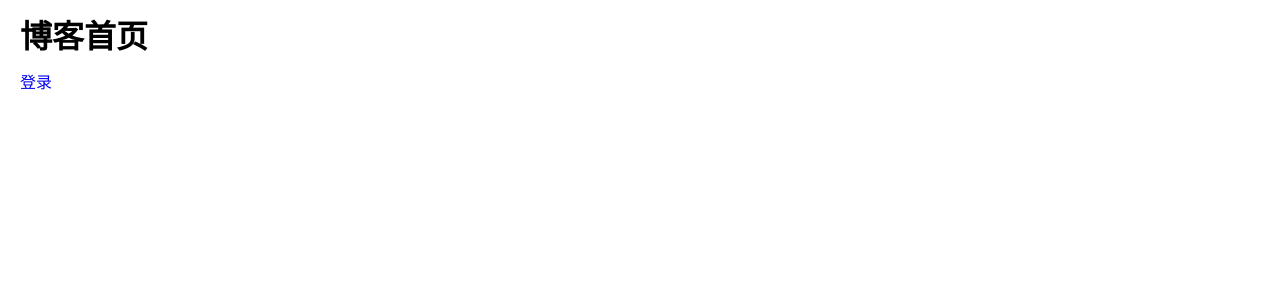
Repository: pine-chen/Node.js-blog-Study
Page: html-test/index.html
These files come from the project's save history. The page is drawn as it stood at one moment and after the next save; the edit follows.
The browser window is 1280 px wide. The pictures show the whole page.
The page's requests for data from a server got no answer. Some web libraries are served in a nearby version.

Above is the page before, as saved 2019-12-29 14:22:45.

### html-test/index.html
<!DOCTYPE html>
<html lang="en">
<head>
    <meta charset="UTF-8">
    <meta name="viewport" content="width=device-width, initial-scale=1.0">
    <meta http-equiv="X-UA-Compatible" content="ie=edge">
    <title>首页</title>
    <style type="text/css">
        body {
            margin: 0 20px;
            line-height: 1;
        }
        a {
            text-decoration-line: none;
        }

        .title-wrapper {
            padding: 15px 0;
            border-top: 1px solid #ccc;
        }
        .title-wrapper .title {
            font-size: 20px;
            font-weight: bold;
        }
        .title-wrapper .info-wrapper span,
        .title-wrapper .info-wrapper a {
            font-size: 14px;
            color: #999;
        }

    </style>
</head>
<body>
    <h1>博客首页</h1>
    <span><a href="login.html">登录</a></span>
    <div id="blog-container"></div>

    <script src="https://cdn.bootcss.com/jquery/3.4.1/jquery.js"></script>
    <script src="https://cdn.bootcss.com/moment.js/2.24.0/moment.min.js"></script>
    <script src="https://cdn.bootcss.com/moment.js/2.24.0/locale/zh-cn.js"></script>
    <script>
        // 发送 get 请求
        function get(url) {
            return $.get(url)
        }

        // 显示格式化的时间
        function getFormatDate(dt) {
            return moment(dt).format('LL')
        }

        // 获取 url 参数
        function getUrlParams() {
            let paramStr = location.href.split('?')[1] || ''
            paramStr = paramStr.split('#')[0]
            const result = {}
            paramStr.split('&').forEach(itemStr => {
                const arr = itemStr.split('=')
                const key = arr[0]
                const val = arr[1]
                result[key] = val
            })
            return result
        }

        // 获取 dom 元素
        const $container = $('#blog-container')

        // 拼接接口 url
        let url = '/api/blog/list'
        const urlParams = getUrlParams()
        if (urlParams.author) {
            url += '?author=' + urlParams.author
        }

        // 加载数据
        get(url).then((res) => {
            if (res.errno !== 1) {
                alert('数据错误')
                return
            }

            // 遍历博客列表，并显示
            const data = res.data || []
            data.forEach(item => {
                $container.append($(`
                    <div class="title-wrapper">
                        <p class="title">
                        <a href="/detail.html?id=${item.id}">${item.title}</a>
                        </p>
                        <div class="info-wrapper">
                            <span>
                                <a href="/index.html?author=${item.author}">${item.author}</a>
                            </span>
                            <span>${getFormatDate(item.createtime)}</span>
                        </div>
                    </div>
                `))
            })
        })
    </script>
</body>
</html>

After the next save:
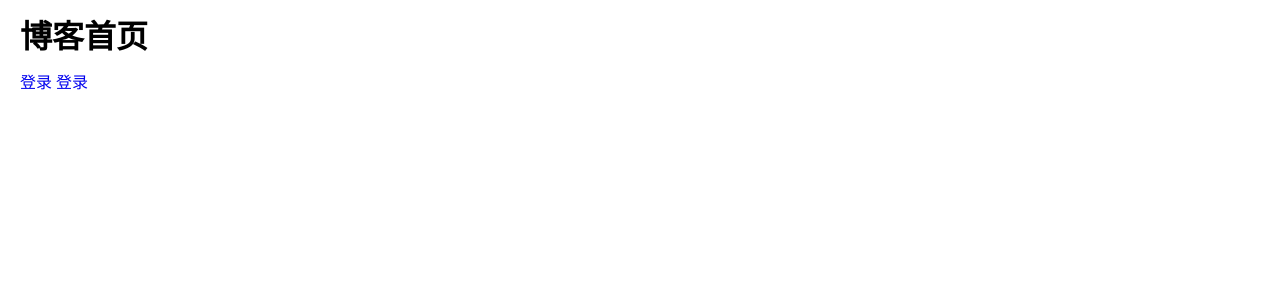
Saved 4 s later.
--- a/html-test/index.html
+++ b/html-test/index.html
@@ -32,6 +32,7 @@
 </head>
 <body>
     <h1>博客首页</h1>
+    <span><a href="login.html">登录</a></span>
     <span><a href="login.html">登录</a></span>
     <div id="blog-container"></div>
 
